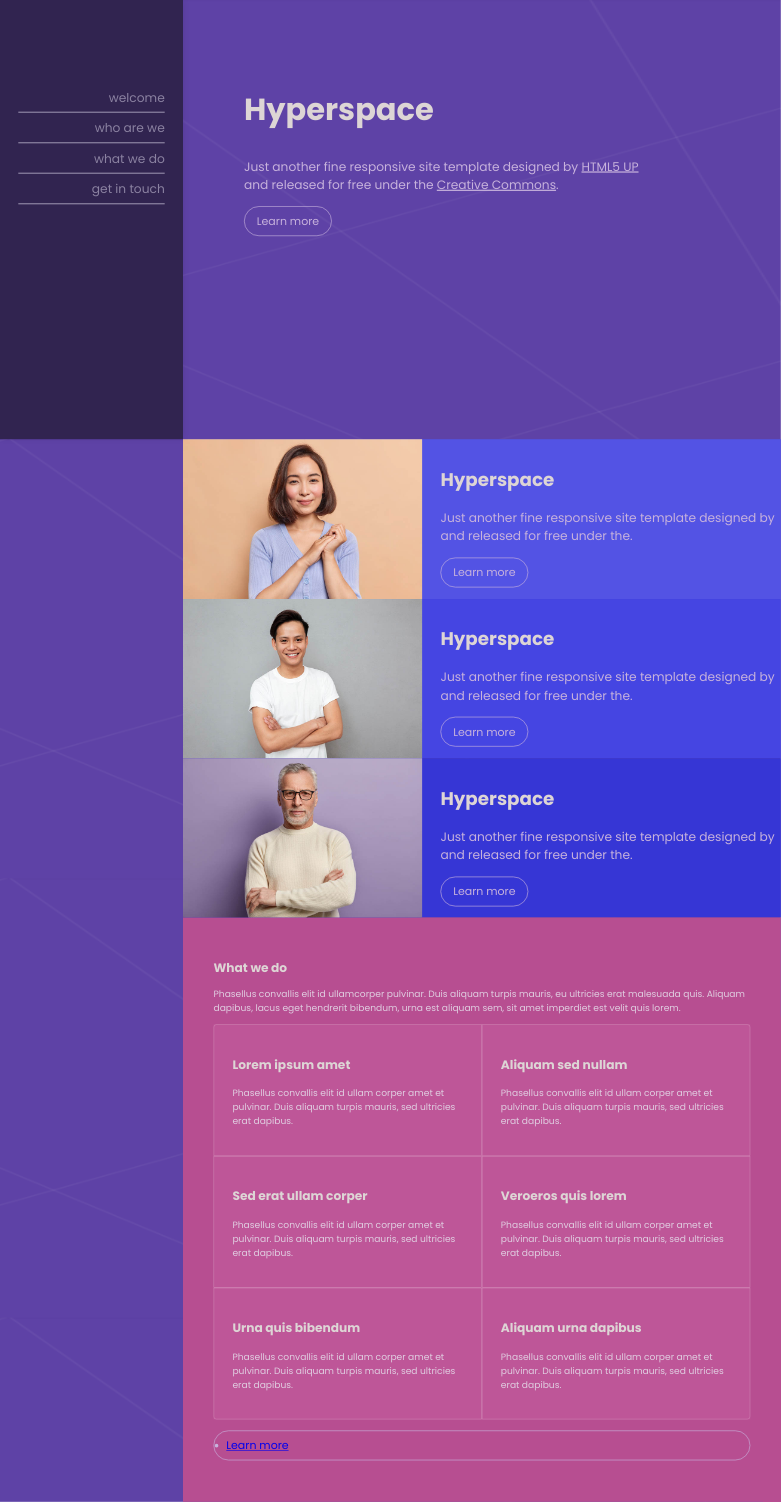
Repository: zai31/KIMIT_Tasks
Page: JsSession8/index.html
These files come from the project's save history. The page is drawn as it stood at one moment and after the next save; the edit follows.
The browser window is 1280 px wide. The pictures show the whole page, at 61% of full size.
Backgrounds fixed to the window are drawn as part of the page.

Above is the page before, as saved 2025-09-15 21:08:20.

After the next save:
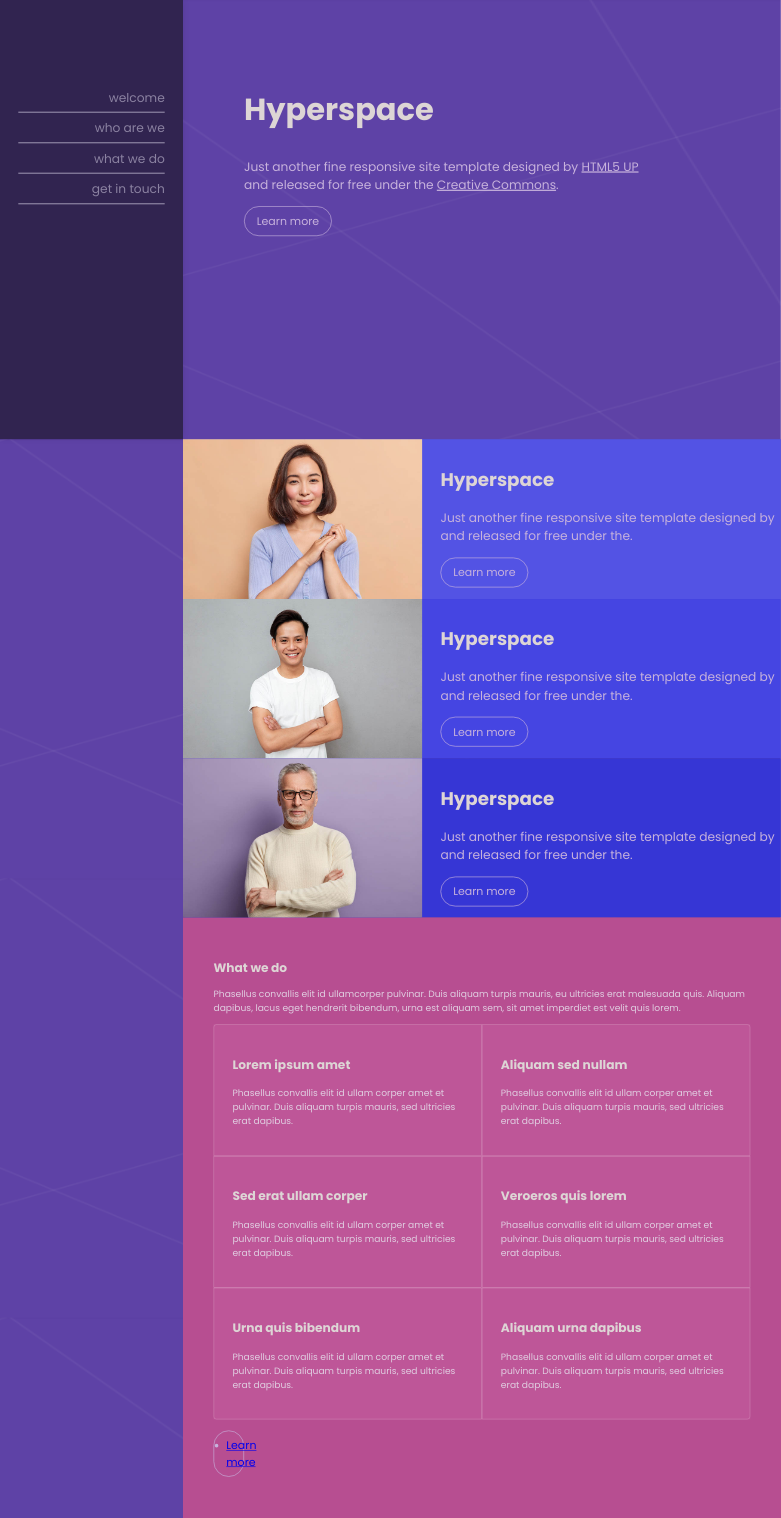
Saved 5 s later.
--- a/JsSession8/CSS/style.css
+++ b/JsSession8/CSS/style.css
@@ -242,5 +242,5 @@ body {
     cursor: pointer;
     text-decoration: none;
     font-size: 18px;
-    width: ;
-}
+    width: 50px;
+}

After the save that followed:
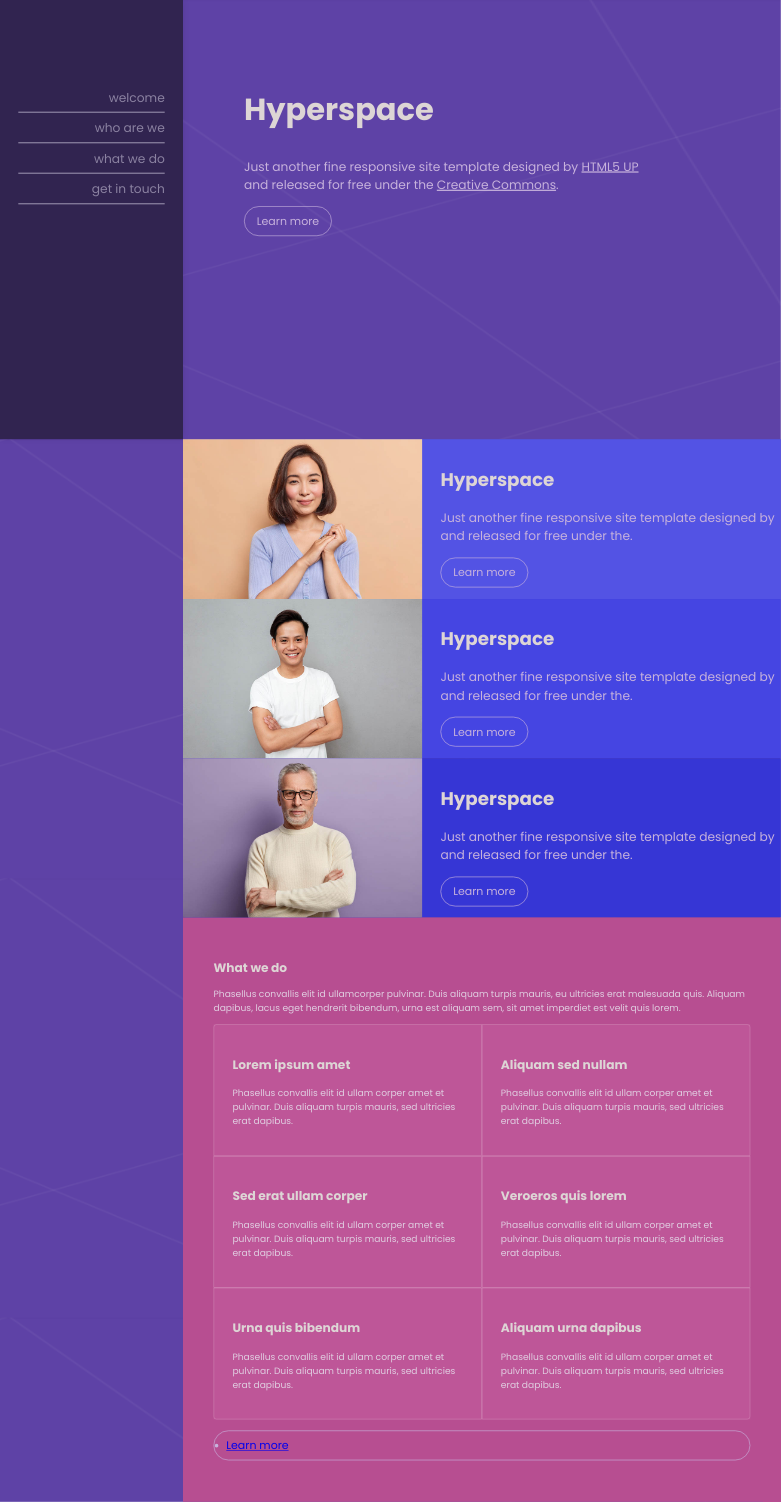
Saved 8 s later.
--- a/JsSession8/CSS/style.css
+++ b/JsSession8/CSS/style.css
@@ -242,5 +242,5 @@ body {
     cursor: pointer;
     text-decoration: none;
     font-size: 18px;
-    width: 50px;
-}
+    width: 100%;
+}
